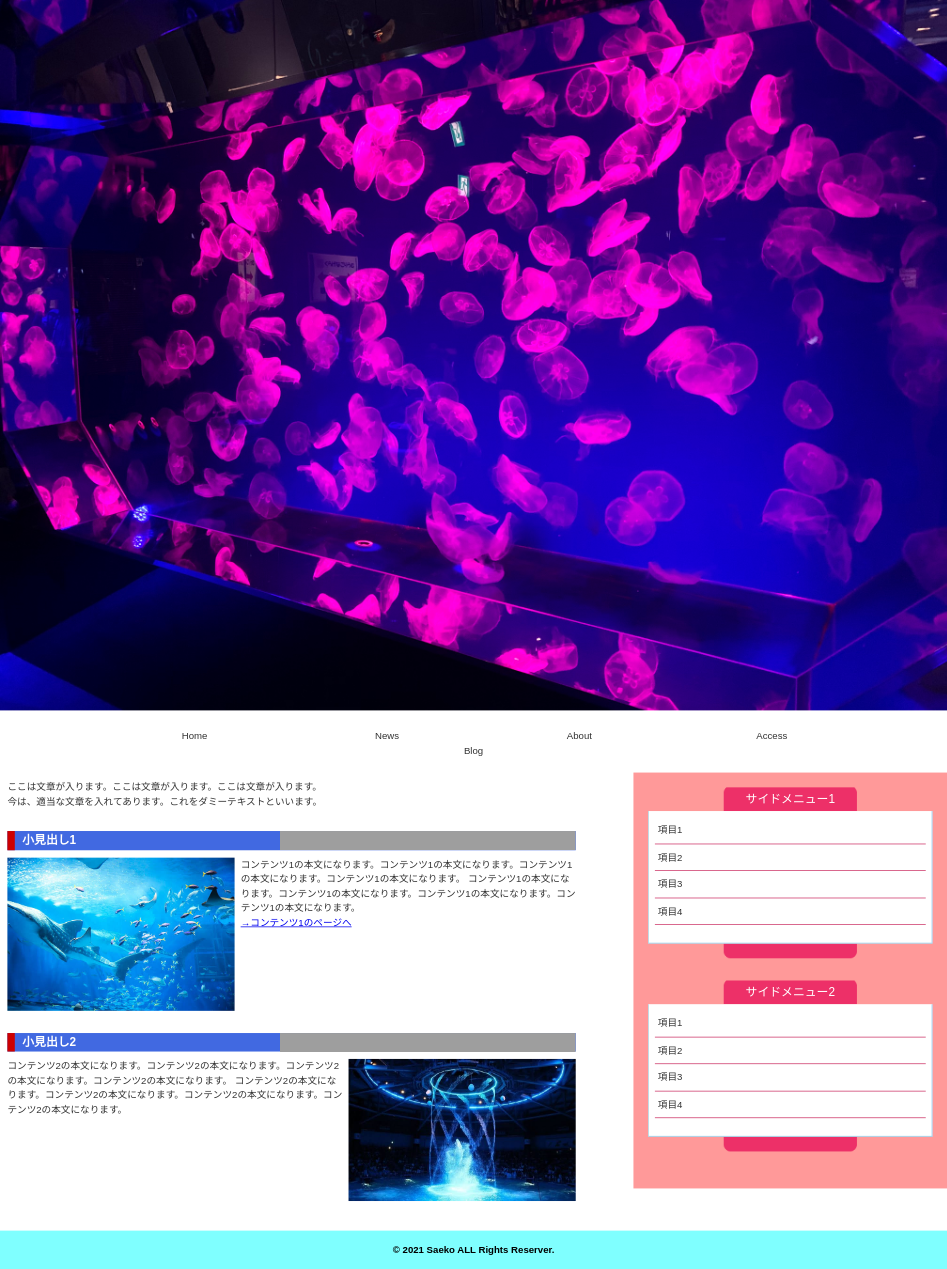
Repository: mizoguhi/mizoguhi
Page: test/saeko.html
The author's editor kept a record of every edit. The page is drawn from the files as they stood at one moment, then again after the next edit.
The browser window is 1280 px wide. The pictures show the whole page, at 74% of full size.
Pictures or frames that could not be fetched are drawn as grey boxes.

Above is the page before.

After the next edit:
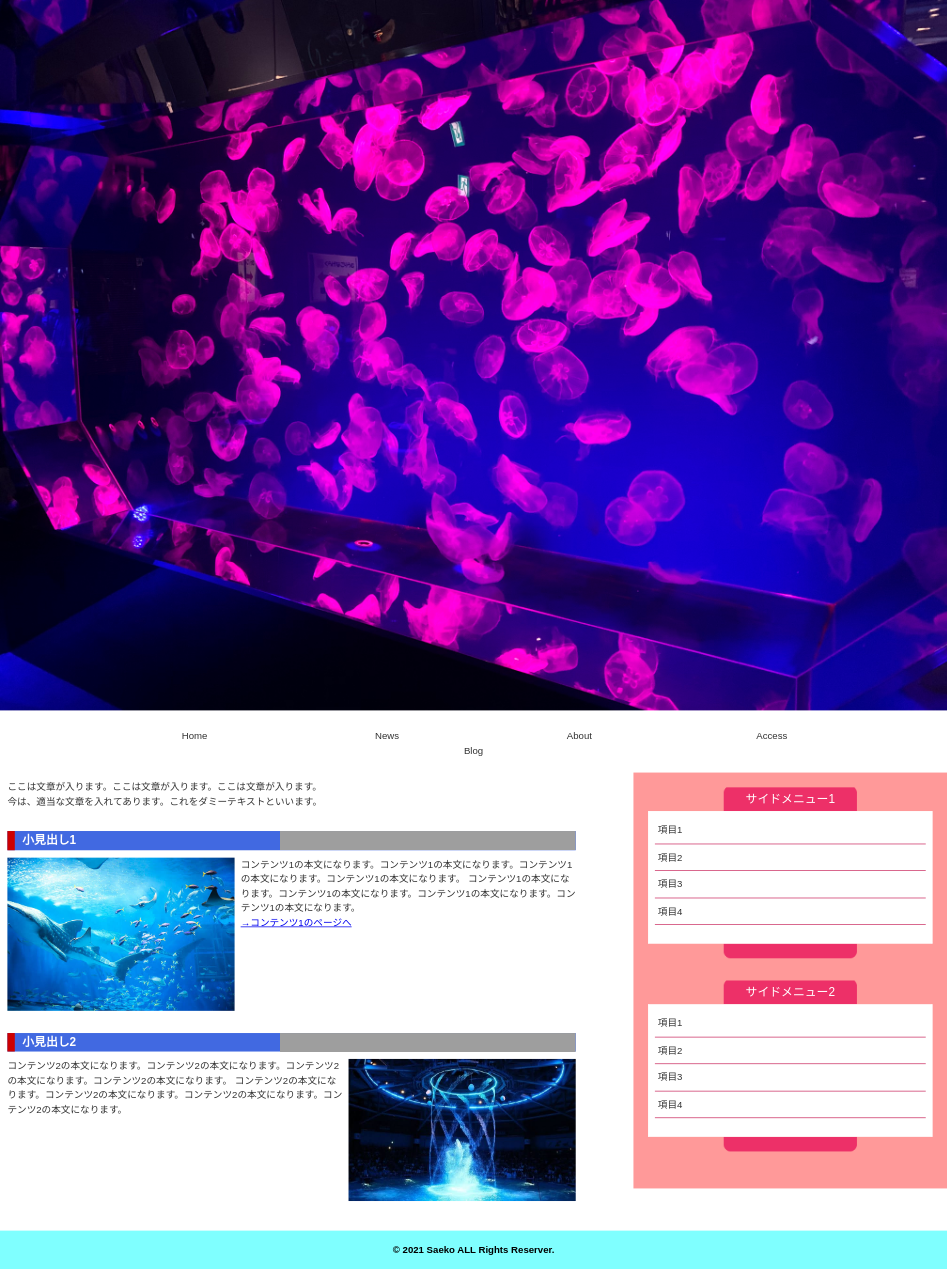
The edit:
--- a/test/stylesheet.css
+++ b/test/stylesheet.css
@@ -140,9 +140,9 @@
  }
  #side .box .boxBody {
  	 padding: 8px;
- 	 border-right: solid 1px #87cefa;
- 	 border-bottom: solid 1px #87ceeb;
- 	 border-left: solid 1px #add8e6;
+ 	 border-right: solid 1px #fff;
+ 	 border-bottom: solid 1px #fff;
+ 	 border-left: solid 1px #fff;
  	 background: #fff;
  }
  #side .box .boxBody ul {
